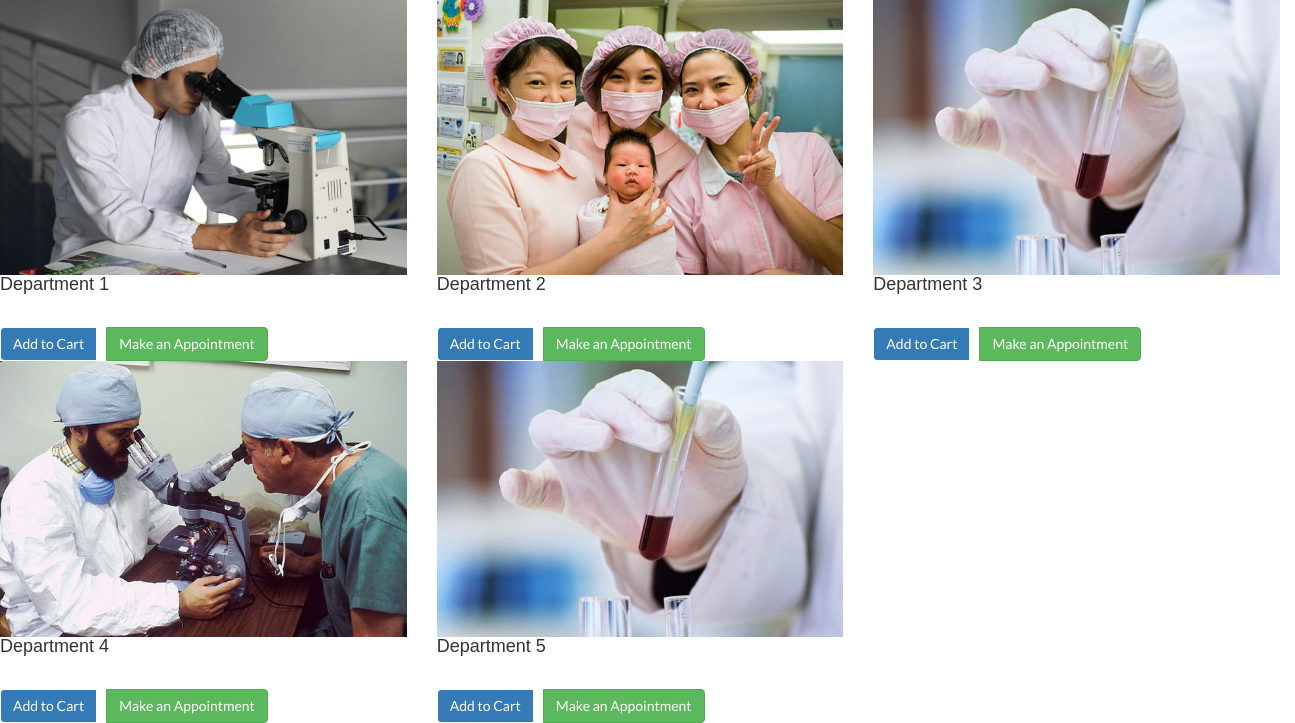
Repository: 72-faisal/work_to_do
Page: http://localhost/Khajina_Doctor/Department-home.jsp
These files come from the project's save history. The page is drawn as it stood at one moment and after the next save; the edit follows.
The browser window is 1280 px wide. The page is 1295 px wide, so the pictures cover 1295 px, including what lies to the right of the window. The pictures show the whole page.
Some web fonts or font styles are not loaded; a fallback is used. The page is served by Tomcat 9. Other server files are loaded and not shown.

Above is the page before, as saved 2023-04-15 19:48:22.

### Khajina_Doctor/Khajina_Doctor/src/main/webapp/Department-home.jsp
<%@ page language="java" contentType="text/html; charset=ISO-8859-1"
    pageEncoding="ISO-8859-1"%>
<!DOCTYPE html>
<html>
<head>
<meta charset="ISO-8859-1">
<title>KhajjinaDoc a Medical Online Solution |</title>
<!-- for-meta-tags-->
<meta name="viewport" content="width=device-width, initial-scale=1">
<meta http-equiv="Content-Type" content="text/html; charset=utf-8" />
<meta name="keywords" content="Health Plus Responsive web template, Bootstrap Web Templates, Flat Web Templates, Android Compatible web template,
Smartphone Compatible web template, free web designs for Nokia, Samsung, LG, SonyEricsson, Motorola web design" />
<script type="application/x-javascript"> addEventListener("load", function() { setTimeout(hideURLbar, 0); }, false);
		function hideURLbar(){ window.scrollTo(0,1); } </script>
<!-- //for-meta-tags-->
<link href="css/bootstrap.css" rel="stylesheet" type="text/css" media="all" />
<link rel="stylesheet" href="css/flexslider.css" type="text/css" media="screen" Department="" />
<link href="css/services.css" rel="stylesheet" type="text/css" media="all" />
<link href="css/ziehharmonika.css" rel="stylesheet" type="text/css">
<link href="css/JiSlider.css" rel="stylesheet">
<link href="css/style.css" rel="stylesheet" type="text/css" media="all" />
<!-- font-awesome icons -->
<link href="css/font-awesome.css" rel="stylesheet">
<!-- //font-awesome icons -->
<link href="//fonts.googleapis.com/css?family=Raleway:200,200i,300,300i,400,400i,500,500i,600,600i,700,700i,800" rel="stylesheet">
<link href="//fonts.googleapis.com/css?family=Lato:300,300i,400,400i,700,900" rel="stylesheet">
<style>
.department .btn-group .btn:first-child {
  margin-right: 10px;
}

.btn-primary:hover {
  filter: brightness(70%);
}

</style>
</head>
<body>
<div class="department-box">
    <div class="row">
        <div class="col-md-4 department">
            <img src="images/g1.jpg" alt=" " class="img-responsive" />
            <div class="overlay">
                <h4>Department 1</h4>
                <ul class="social_agileinfo">
                    <li><a href="#" class="w3_facebook"><i class="fa fa-facebook"></i></a></li>
                    <li><a href="#" class="w3_twitter"><i class="fa fa-twitter"></i></a></li>
                    <li><a href="#" class="w3_instagram"><i class="fa fa-instagram"></i></a></li>
                    <li><a href="#" class="w3_google"><i class="fa fa-google-plus"></i></a></li>
                </ul>
                <div class="btn-group" role="group">
                    <button type="button" class="btn btn-primary">Add to Cart</button>
                    <button type="button" class="btn btn-success">Make an Appointment</button>
                </div>
            </div>
        </div>
        <div class="col-md-4 department">
            <img src="images/g2.jpg" alt=" " class="img-responsive" />
            <div class="overlay">
                <h4>Department 2</h4>
                <ul class="social_agileinfo">
                    <li><a href="#" class="w3_facebook"><i class="fa fa-facebook"></i></a></li>
                    <li><a href="#" class="w3_twitter"><i class="fa fa-twitter"></i></a></li>
                    <li><a href="#" class="w3_instagram"><i class="fa fa-instagram"></i></a></li>
                    <li><a href="#" class="w3_google"><i class="fa fa-google-plus"></i></a></li>
                </ul>
                <div class="btn-group" role="group">
                    <button type="button" class="btn btn-primary">Add to Cart</button>
                    <button type="button" class="btn btn-success">Make an Appointment</button>
                </div>
            </div>
        </div>
        <div class="col-md-4 department">
            <img src="images/g3.jpg" alt=" " class="img-responsive" />
            <div class="overlay">
                <h4>Department 3</h4>
                <ul class="social_agileinfo">
                    <li><a href="#" class="w3_facebook"><i class="fa fa-facebook"></i></a></li>
                    <li><a href="#" class="w3_twitter"><i class="fa fa-twitter"></i></a></li>
                    <li><a href="#" class="w3_instagram"><i class="fa fa-instagram"></i></a></li>
                    <li><a href="#" class="w3_google"><i class="fa fa-google-plus"></i></a></li>
                </ul>
                <div class="btn-group" role="group">
                    <button type="button" class="btn btn-primary">Add to Cart</button>
                    <button type="button" class="btn btn-success">Make an Appointment</button>
                </div>
            </div>
        </div>
    </div>
    <div class="row">
        <div class="col-md-4 department">
            <img src="images/g4.jpg" alt=" " class="img-responsive" />
            <div class="overlay">
                <h4>Department 4</h4>
                <ul class="social_agileinfo">
                    <li><a href="#" class="w3_facebook"><i class="fa fa-facebook"></i></a></li>
                    <li><a href="#" class="w3_twitter"><i class="fa fa-twitter"></i></a></li>
                    <li><a href="#" class="w3_instagram"><i class="fa fa-instagram"></i></a></li>
                    <li><a href="#" class="w3_google"><i class="fa fa-google-plus"></i></a></li>
                </ul>
                <div class="btn-group" role="group">
                    <button type="button" class="btn btn-primary">Add to Cart</button>
                    <button type="button" class="btn btn-success">Make an Appointment</button>
                </div>
            </div>
        </div>
         <div class="col-md-4 department">
            <img src="images/g3.jpg" alt=" " class="img-responsive" />
            <div class="overlay">
                <h4>Department 5</h4>
                <ul class="social_agileinfo">
                    <li><a href="#" class="w3_facebook"><i class="fa fa-facebook"></i></a></li>
                    <li><a href="#" class="w3_twitter"><i class="fa fa-twitter"></i></a></li>
                    <li><a href="#" class="w3_instagram"><i class="fa fa-instagram"></i></a></li>
                    <li><a href="#" class="w3_google"><i class="fa fa-google-plus"></i></a></li>
                </ul>
                <div class="btn-group" role="group">
                    <button type="button" class="btn btn-primary">Add to Cart</button>
                    <button type="button" class="btn btn-success">Make an Appointment</button>
                </div>
            </div>
        </div>
    </div>
    </div>

</body>
</html>

### Khajina_Doctor/Khajina_Doctor/src/main/webapp/css/flexslider.css
/*
 * jQuery FlexSlider v2.0
 * http://www.woothemes.com/flexslider/
 *
 * Copyright 2012 WooThemes
 * Free to use under the GPLv2 license.
 * http://www.gnu.org/licenses/gpl-2.0.html
 *
 * Contributing author: Tyler Smith (@mbmufffin)
 */
/* Browser Resets */
.flex-container a:active,
.flexslider a:active,
.flex-container a:focus,
.flexslider a:focus  {outline: none;}
.slides,
.flex-control-nav,
.flex-direction-nav {margin: 0; padding: 0; list-style: none;}

/* FlexSlider Necessary Styles
*********************************/
.flexslider .slides > li {display: none; -webkit-backface-visibility: hidden;} /* Hide the slides before the JS is loaded. Avoids image jumping */
.flexslider .slides img {margin: 0 auto; display: block;}
.flex-pauseplay span {text-transform: capitalize;}

/* Clearfix for the .slides element */
.slides:after {content: "."; display: block; clear: both; visibility: hidden; line-height: 0; height: 0;}
html[xmlns] .slides {display: block;}
* html .slides {height: 1%;}

/* No JavaScript Fallback */
/* If you are not using another script, such as Modernizr, make sure you
 * include js that eliminates this class on page load */
.no-js .slides > li:first-child {display: block;}


/* FlexSlider Default Theme
*********************************/
.flexslider {
	border: 0px;
	position: relative;
	zoom: 1;
	overflow: hidden;
}
.flex-viewport {max-height: 2000px; -webkit-transition: all 1s ease; -moz-transition: all 1s ease; transition: all 1s ease;}
.loading .flex-viewport {max-height: 300px;}
.flexslider .slides {zoom: 1;}

.carousel li {margin-right: 5px}


/* Direction Nav */
.flex-direction-nav a {
	margin: 0;
    background: none;
    position: absolute;
    z-index: 10;
    cursor: pointer;
    opacity: .8;
    -webkit-transition: all .3s ease;
    font-family: FontAwesome;
    font-size: 2em;
    color: #fff;
	text-decoration: none;
	top: 50%;
}
.flex-direction-nav .flex-next {
    right: 5%;
}
.flex-direction-nav .flex-prev {
	left:5%;
}
.flex-direction-nav .flex-next:before{
	content:"\f178";
}
.flex-direction-nav .flex-prev:before{
	content:"\f177";
}
.flexslider:hover .flex-next {opacity: 1;}
.flexslider:hover .flex-prev {opacity: 1;}
.flexslider:hover .flex-next:hover, .flexslider:hover .flex-prev:hover {opacity: 1;}
.flex-direction-nav .flex-disabled {opacity: .3!important; filter:alpha(opacity=30); cursor: default;}
/* Control Nav */
.flex-control-nav {
	display: block;
    position: absolute;
    right: 5%;
    top: 20%;
}
.flex-control-nav li {
    margin: 15px 0;
    display: block;
    zoom: 1;
    position: relative;
}
.flex-control-paging li a {
	width: 15px;
    height: 15px;
    display: none;
    cursor: pointer;
    text-indent: -9999px;
    border: 5px solid rgba(255, 255, 255, 0.38);
    background: #bababa;
    text-align: center;
    border-radius: 15px;
}
.flex-control-paging li a.flex-active {
	background:#ff464f;
	cursor: default;
	transform: rotateX(360deg);
	-webkit-transform: rotateX(360deg);
	-moz-transform: rotateX(360deg);
	-o-transform: rotateX(360deg);
	-ms-transform: rotateX(360deg);
    transition: transform 2s;
}
.flex-control-thumbs {margin: 5px 0 0; position: static; overflow: hidden;}
.flex-control-thumbs li {width: 25%; float: left; margin: 0;}
.flex-control-thumbs img {width: 100%; display: block; opacity: .7; cursor: pointer;}
.flex-control-thumbs img:hover {opacity: 1;}
.flex-control-thumbs .flex-active {opacity: 1; cursor: default;}
@media screen and (max-width:1366px) {

}
@media screen and (max-width:1080px) {

}
@media screen and (max-width: 991px){

}
@media screen and (max-width: 667px){

}
@media screen and (max-width: 640px){

}
@media screen and (max-width: 600px){

}
@media screen and (max-width: 480px) {
	section.slider {
		padding-top: 0;
	}

}
@media screen and (max-width: 414px){

}
@media screen and (max-width: 384px){

}
@media screen and (max-width: 375px) {

}
@media screen and (max-width: 320px) {

}

### Khajina_Doctor/Khajina_Doctor/src/main/webapp/css/services.css
.ch-item {
	width: 100%;
	height: 100%;
	border-radius: 50%;
	position: relative;
	cursor: default;
	-webkit-perspective: 900px;
	-moz-perspective: 900px;
	-o-perspective: 900px;
	-ms-perspective: 900px;
	perspective: 900px;
}
.ch-info{
	position: absolute;
	width: 100%;
	height: 100%;
	-webkit-transform-style: preserve-3d;
	-moz-transform-style: preserve-3d;
	-o-transform-style: preserve-3d;
	-ms-transform-style: preserve-3d;
	transform-style: preserve-3d;
}
.ch-info > div {
	display: block;
	position: absolute;
	width: 100%;
	height: 100%;
	border-radius: 50%;
	background-position: center center;
	-webkit-transition: all 0.4s linear;
	-moz-transition: all 0.4s linear;
	-o-transition: all 0.4s linear;
	-ms-transition: all 0.4s linear;
	transition: all 0.4s linear;
	-webkit-transform-origin: 50% 0%;
	-moz-transform-origin: 50% 0%;
	-o-transform-origin: 50% 0%;
	-ms-transform-origin: 50% 0%;
	transform-origin: 50% 0%;
}

.ch-info .ch-info-front {
      border: 10px solid #1c588e;
    background: #fff;
}

.ch-info .ch-info-back {
	-webkit-transform: translate3d(0,0,-220px) rotate3d(1,0,0,90deg);
	-moz-transform: translate3d(0,0,-220px) rotate3d(1,0,0,90deg);
	-o-transform: translate3d(0,0,-220px) rotate3d(1,0,0,90deg);
	-ms-transform: translate3d(0,0,-220px) rotate3d(1,0,0,90deg);
	transform: translate3d(0,0,-220px) rotate3d(1,0,0,90deg);
	background: #000;
	opacity: 0;
}
.ch-info-front.ch-img-1 i,.ch-info-front.ch-img-2 i,.ch-info-front.ch-img-3 i ,.ch-info-front.ch-img-4 i ,.ch-info-front.ch-img-5 i   {
    color: #232323;
    font-size: 4em;
    line-height: 3em;
}

.ch-info h5 {
    color: #fff;
    text-transform: uppercase;
    letter-spacing: 2px;
    font-size: 20px;
    margin: 0 15px;
    padding: 78px 0 0 0;
    height: 110px;
    text-shadow: 0 0 1px #fff, 0 1px 2px rgba(0,0,0,0.3);
}

.ch-info p {
	color: #de0f17;
    padding:10px 5px;
    font-style:italic;
    margin:0 30px;
    font-size:12px;
    border-top:1px solid rgba(47, 46, 46, 0.5);
}

.ch-info p a {
	display: block;
	color: #fff;
	color: rgba(255,255,255,0.7);
	font-style: normal;
	font-weight: 700;
	text-transform: uppercase;
	font-size: 9px;
	letter-spacing: 1px;
	padding-top: 4px;
	font-family: 'Open Sans', Arial, sans-serif;
}

.ch-info p a:hover {
	color: #fff222;
	color: rgba(255,242,34, 0.8);
}

.ch-item:hover .ch-info-front {
	-webkit-transform: translate3d(0,280px,0) rotate3d(1,0,0,-90deg);
	-moz-transform: translate3d(0,280px,0) rotate3d(1,0,0,-90deg);
	-o-transform: translate3d(0,280px,0) rotate3d(1,0,0,-90deg);
	-ms-transform: translate3d(0,280px,0) rotate3d(1,0,0,-90deg);
	transform: translate3d(0,280px,0) rotate3d(1,0,0,-90deg);
	opacity: 0;
}

.ch-item:hover .ch-info-back {
	-webkit-transform: rotate3d(1,0,0,0deg);
	-moz-transform: rotate3d(1,0,0,0deg);
	-o-transform: rotate3d(1,0,0,0deg);
	-ms-transform: rotate3d(1,0,0,0deg);
	transform: rotate3d(1,0,0,0deg);
	opacity: 1;
}

### Khajina_Doctor/Khajina_Doctor/src/main/webapp/css/ziehharmonika.css
/* @author Tim himself */

.ziehharmonika h3 {
    background: rgba(255, 255, 255, 0);
    color: #151414;
    text-align: left;
    border-radius: 0px;
    padding: 25px 20px;
    cursor: pointer;
    margin-top: 0;
    margin-bottom: 25px;
    padding-right: 40px;
    transition: 0.25s all;
    position: relative;
    border: 6px solid #191919;
    font-weight: 700;
    letter-spacing: 1px;
}
.ziehharmonika h3.active {
    margin-bottom: 21px;
  background: #207fdc;
    border: 6px solid rgba(44, 185, 139, 0.01);
}
.ziehharmonika h3::before {
	content: attr(data-prefix);
	font-size: 18px;
	margin-right: 9px;
}
.ziehharmonika > div {
	display: none;
	    background: #fff;
    border-radius: 0;
    border: 1px solid #cdcdcd;
    text-align: left;
    padding: 31px 33px;
    margin-bottom: 9px;
}
.ziehharmonika .arrowDown {
	width: 0;
	height: 0;
	border-style: solid;
	border-width: 13.0px 7.5px 0 7.5px;
	border-color: #272e35 transparent transparent transparent;
	position: absolute;
	bottom: 0;
	left: 40px;
	transition: 0.25s all;
	opacity: 0;
}
.ziehharmonika .active .arrowDown {
       bottom: -18px;
    border-color: #207fdc transparent transparent transparent;
    opacity: 1;
}
.ziehharmonika .collapseIcon {
	    position: absolute;
    right: 20px;
    top: 52%;
    font-size: 30px;
    font-weight: 400;
    -ms-transform: translate(0, -50%);
    transform: translate(0, -50%);
}
/*--/Responsive--*/
@media(max-width:640px){
	.ziehharmonika > div {
		display: none;
		background: #fff;
		border-radius: 0;
		border: 1px solid #cdcdcd;
		text-align: left;
		padding: 15px 15px;
		margin-bottom: 9px;
	}
	.ziehharmonika h3 {
      padding: 15px 20px;
	}
}
@media(max-width:414px){
	.ziehharmonika h3 {
		padding: 9px 15px;
		margin-bottom: 14px;
		padding-right: 40px;
		font-size: 1.2em;
	}
}
/*--//Responsive--*/

Loaded but not shown: Khajina_Doctor/Khajina_Doctor/src/main/webapp/css/bootstrap.css (library); Khajina_Doctor/Khajina_Doctor/src/main/webapp/css/font-awesome.css (library); Khajina_Doctor/Khajina_Doctor/src/main/webapp/css/style.css (4106 lines, source omitted); Khajina_Doctor/Khajina_Doctor/src/main/webapp/css/JiSlider.css (298 lines, source omitted)

After the next save:
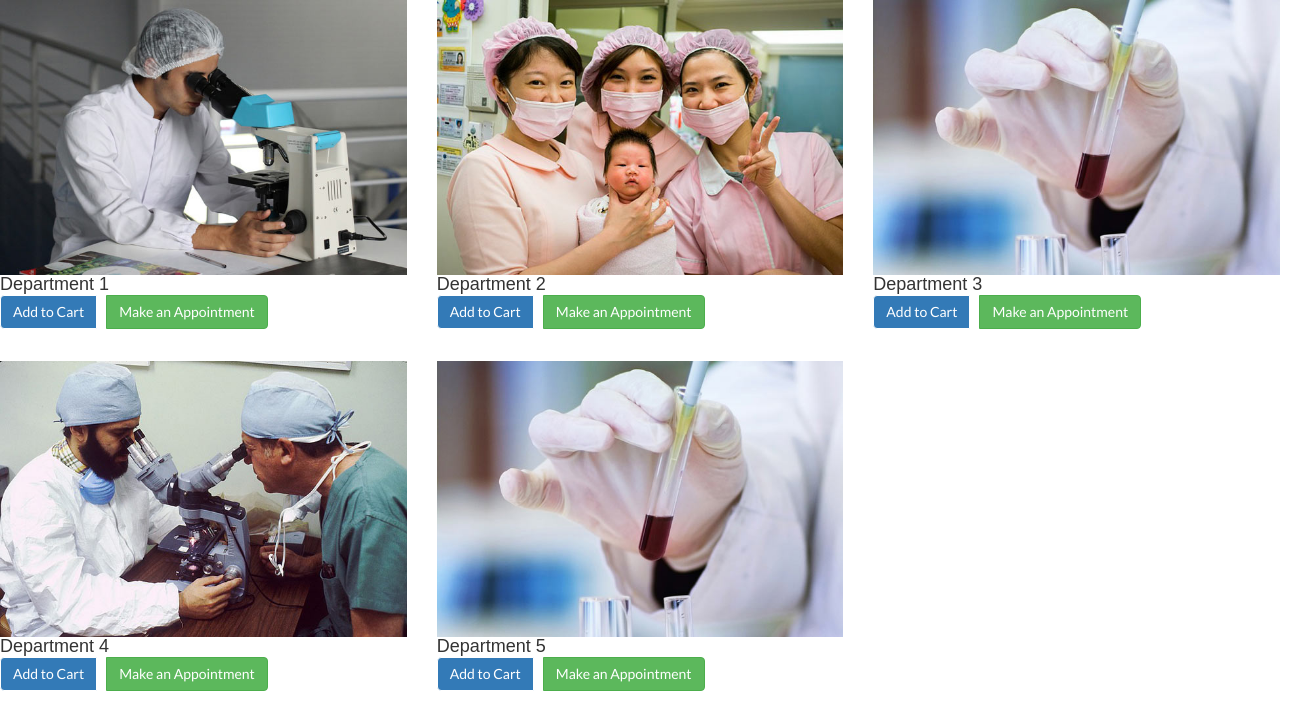
Saved 113 s later.
--- a/Khajina_Doctor/Khajina_Doctor/src/main/webapp/Department-home.jsp
+++ b/Khajina_Doctor/Khajina_Doctor/src/main/webapp/Department-home.jsp
@@ -42,48 +42,48 @@ Smartphone Compatible web template, free web designs for Nokia, Samsung, LG, Son
             <img src="images/g1.jpg" alt=" " class="img-responsive" />
             <div class="overlay">
                 <h4>Department 1</h4>
+                 <div class="btn-group" role="group">
+                    <button type="button" class="btn btn-primary">Add to Cart</button>
+                    <button type="button" class="btn btn-success">Make an Appointment</button>
+                </div>
                 <ul class="social_agileinfo">
                     <li><a href="#" class="w3_facebook"><i class="fa fa-facebook"></i></a></li>
                     <li><a href="#" class="w3_twitter"><i class="fa fa-twitter"></i></a></li>
                     <li><a href="#" class="w3_instagram"><i class="fa fa-instagram"></i></a></li>
                     <li><a href="#" class="w3_google"><i class="fa fa-google-plus"></i></a></li>
                 </ul>
-                <div class="btn-group" role="group">
-                    <button type="button" class="btn btn-primary">Add to Cart</button>
-                    <button type="button" class="btn btn-success">Make an Appointment</button>
-                </div>
             </div>
         </div>
         <div class="col-md-4 department">
             <img src="images/g2.jpg" alt=" " class="img-responsive" />
             <div class="overlay">
                 <h4>Department 2</h4>
-                <ul class="social_agileinfo">
+                <div class="btn-group" role="group">
+                    <button type="button" class="btn btn-primary">Add to Cart</button>
+                    <button type="button" class="btn btn-success">Make an Appointment</button>
+                </div>
+                 <ul class="social_agileinfo">
                     <li><a href="#" class="w3_facebook"><i class="fa fa-facebook"></i></a></li>
                     <li><a href="#" class="w3_twitter"><i class="fa fa-twitter"></i></a></li>
                     <li><a href="#" class="w3_instagram"><i class="fa fa-instagram"></i></a></li>
                     <li><a href="#" class="w3_google"><i class="fa fa-google-plus"></i></a></li>
                 </ul>
-                <div class="btn-group" role="group">
-                    <button type="button" class="btn btn-primary">Add to Cart</button>
-                    <button type="button" class="btn btn-success">Make an Appointment</button>
-                </div>
             </div>
         </div>
         <div class="col-md-4 department">
             <img src="images/g3.jpg" alt=" " class="img-responsive" />
             <div class="overlay">
                 <h4>Department 3</h4>
-                <ul class="social_agileinfo">
+                <div class="btn-group" role="group">
+                    <button type="button" class="btn btn-primary">Add to Cart</button>
+                    <button type="button" class="btn btn-success">Make an Appointment</button>
+                </div>
+                 <ul class="social_agileinfo">
                     <li><a href="#" class="w3_facebook"><i class="fa fa-facebook"></i></a></li>
                     <li><a href="#" class="w3_twitter"><i class="fa fa-twitter"></i></a></li>
                     <li><a href="#" class="w3_instagram"><i class="fa fa-instagram"></i></a></li>
                     <li><a href="#" class="w3_google"><i class="fa fa-google-plus"></i></a></li>
                 </ul>
-                <div class="btn-group" role="group">
-                    <button type="button" class="btn btn-primary">Add to Cart</button>
-                    <button type="button" class="btn btn-success">Make an Appointment</button>
-                </div>
             </div>
         </div>
     </div>
@@ -92,32 +92,32 @@ Smartphone Compatible web template, free web designs for Nokia, Samsung, LG, Son
             <img src="images/g4.jpg" alt=" " class="img-responsive" />
             <div class="overlay">
                 <h4>Department 4</h4>
-                <ul class="social_agileinfo">
+               <div class="btn-group" role="group">
+                    <button type="button" class="btn btn-primary">Add to Cart</button>
+                    <button type="button" class="btn btn-success">Make an Appointment</button>
+                </div>
+                 <ul class="social_agileinfo">
                     <li><a href="#" class="w3_facebook"><i class="fa fa-facebook"></i></a></li>
                     <li><a href="#" class="w3_twitter"><i class="fa fa-twitter"></i></a></li>
                     <li><a href="#" class="w3_instagram"><i class="fa fa-instagram"></i></a></li>
                     <li><a href="#" class="w3_google"><i class="fa fa-google-plus"></i></a></li>
                 </ul>
-                <div class="btn-group" role="group">
-                    <button type="button" class="btn btn-primary">Add to Cart</button>
-                    <button type="button" class="btn btn-success">Make an Appointment</button>
-                </div>
             </div>
         </div>
          <div class="col-md-4 department">
             <img src="images/g3.jpg" alt=" " class="img-responsive" />
             <div class="overlay">
                 <h4>Department 5</h4>
-                <ul class="social_agileinfo">
+               <div class="btn-group" role="group">
+                    <button type="button" class="btn btn-primary">Add to Cart</button>
+                    <button type="button" class="btn btn-success">Make an Appointment</button>
+                </div>
+                 <ul class="social_agileinfo">
                     <li><a href="#" class="w3_facebook"><i class="fa fa-facebook"></i></a></li>
                     <li><a href="#" class="w3_twitter"><i class="fa fa-twitter"></i></a></li>
                     <li><a href="#" class="w3_instagram"><i class="fa fa-instagram"></i></a></li>
                     <li><a href="#" class="w3_google"><i class="fa fa-google-plus"></i></a></li>
                 </ul>
-                <div class="btn-group" role="group">
-                    <button type="button" class="btn btn-primary">Add to Cart</button>
-                    <button type="button" class="btn btn-success">Make an Appointment</button>
-                </div>
             </div>
         </div>
     </div>
